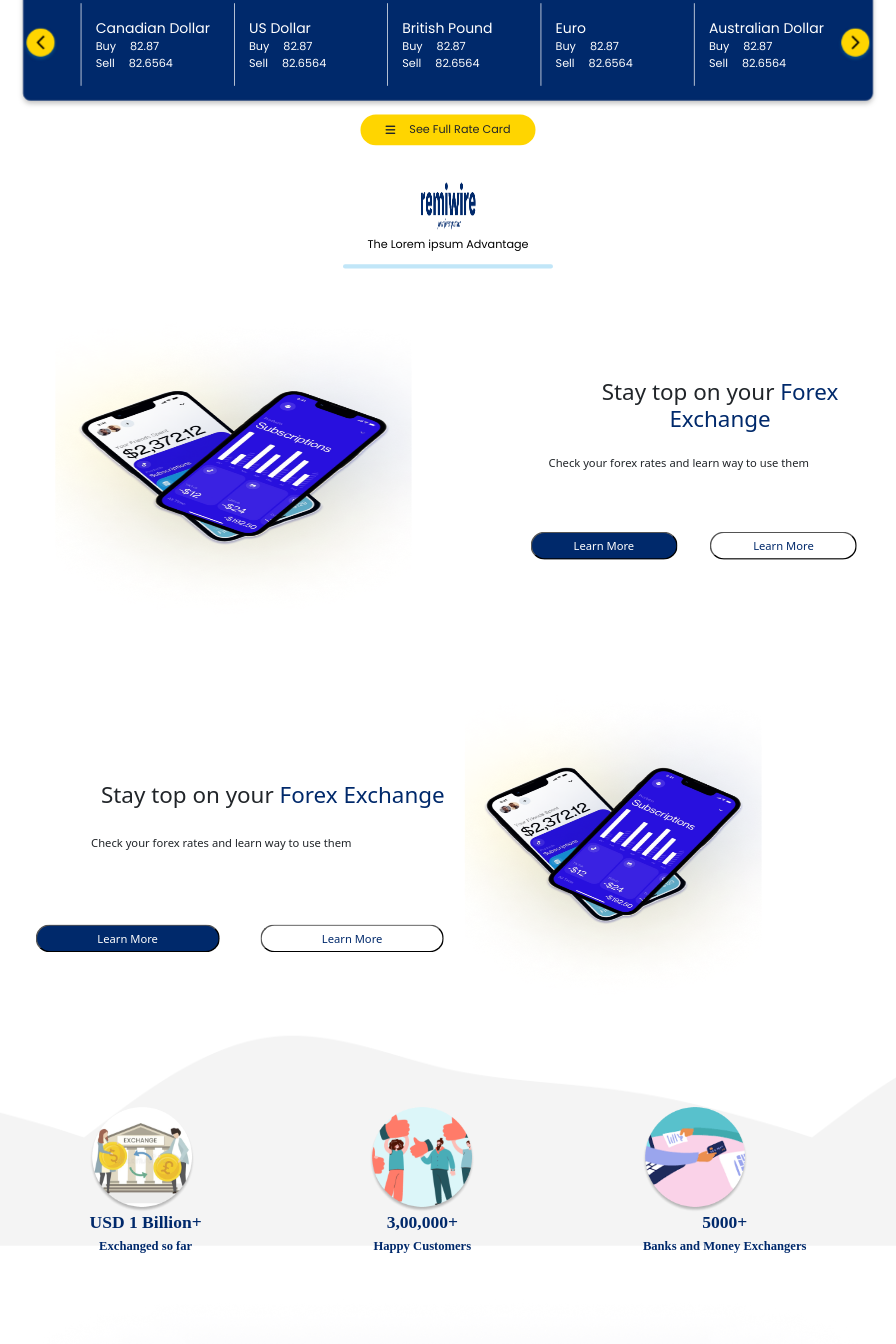
Repository: FlyweisReact/Akshadeep-latest
Page: /
An editor plug-in stored every save of this project. The page is shown before and after a run of saves, followed by the edit.
The browser window is 1280 px wide. The pictures show the part of the page from y = 802 to 2722 px (the page is 4704 px tall before and 4646 px after), at 70% of full size.
Some web libraries are served in a nearby version. The project was rebuilt for these pictures with package versions that can differ from the ones it lists, and the page was loaded fresh each time. Also part of the build but not shown: src/components/exchange.jsx, src/components/order_p1.jsx, src/components/order_p2.jsx, src/components/faas.jsx, src/components/offer.jsx, src/components/main2.jsx, src/components/home.jsx, src/components/slider.jsx and 6 more.

Above is the page before, as saved 2023-05-23 16:07:33.

After the next 2 saves:
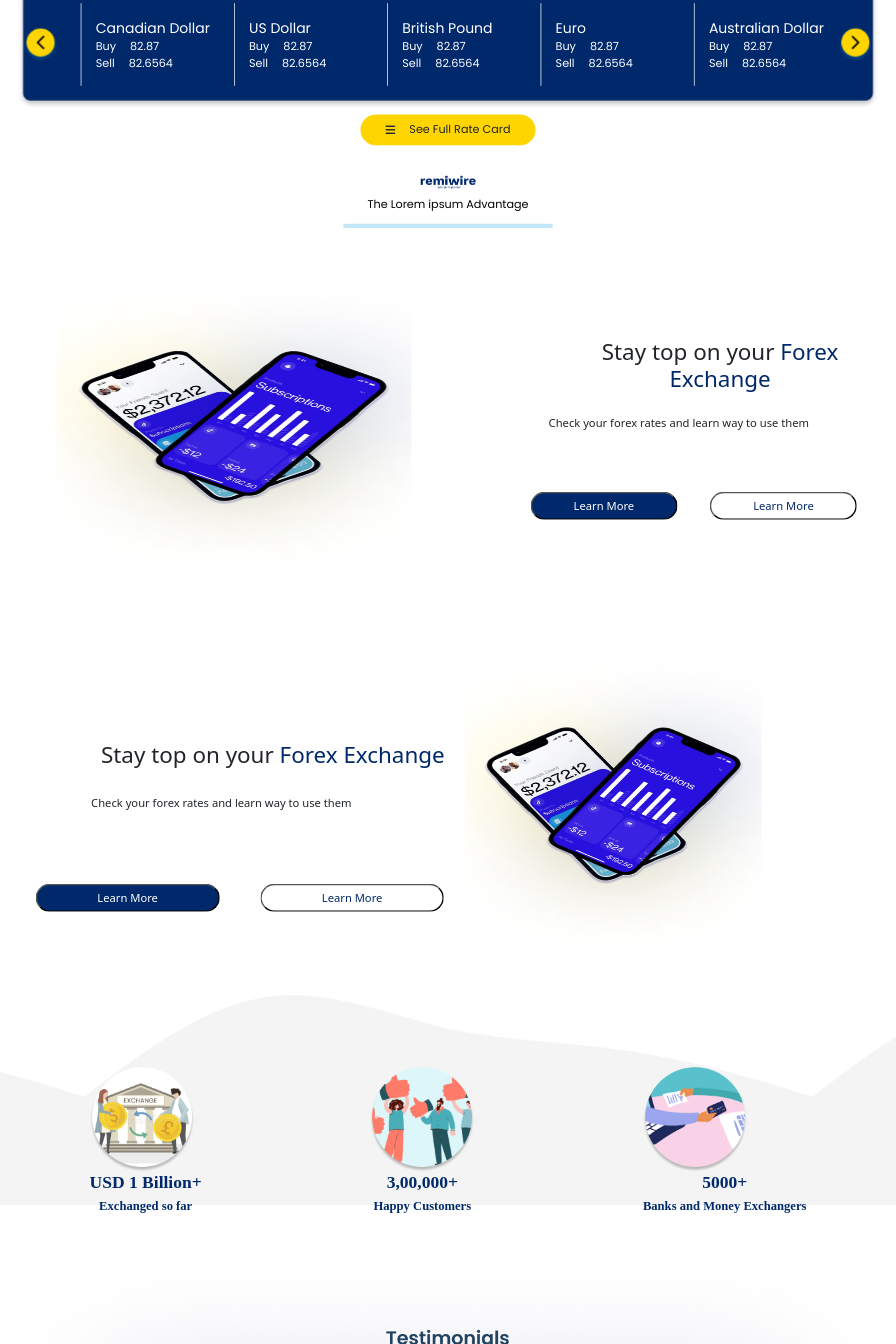
The 2 saves are shown as one change because they came seconds apart.
The last was saved 8 s later.
--- a/src/Style/Layout.css
+++ b/src/Style/Layout.css
@@ -58,8 +58,8 @@
 }
 .Index_center_Div .logo {
   width: 80px;
-  height: 80px;
-
+  display: block;
+  margin: auto;
 }
 .Index_center_Div p {
   color: #000;
